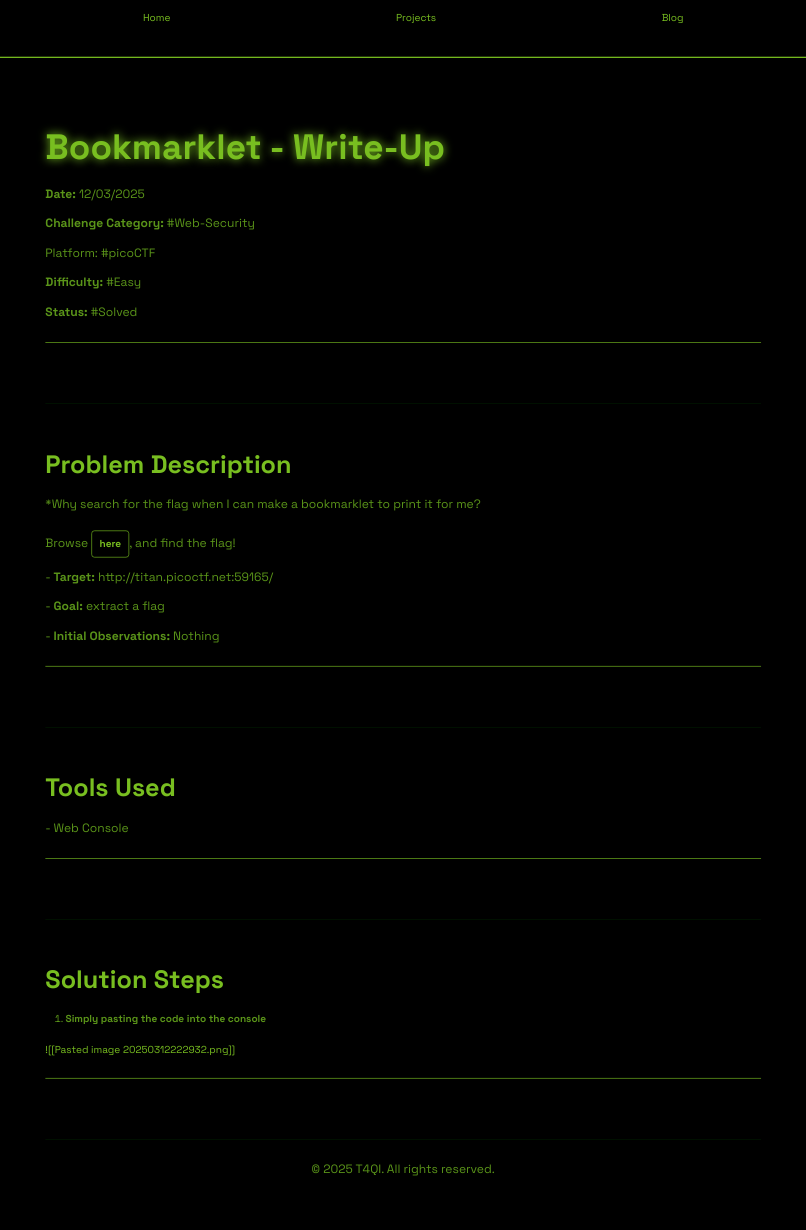
Repository: mohamedsoliman-tq/Website
Page: blogs/picoCTF/bookmarklet.html
These files come from the project's save history. The page is drawn as it stood at one moment and after a run of saves; the edit follows.
The browser window is 1280 px wide. The pictures show the whole page, at 63% of full size.

Above is the page before, as saved 2025-03-13 00:08:40.

After the next 15 saves:
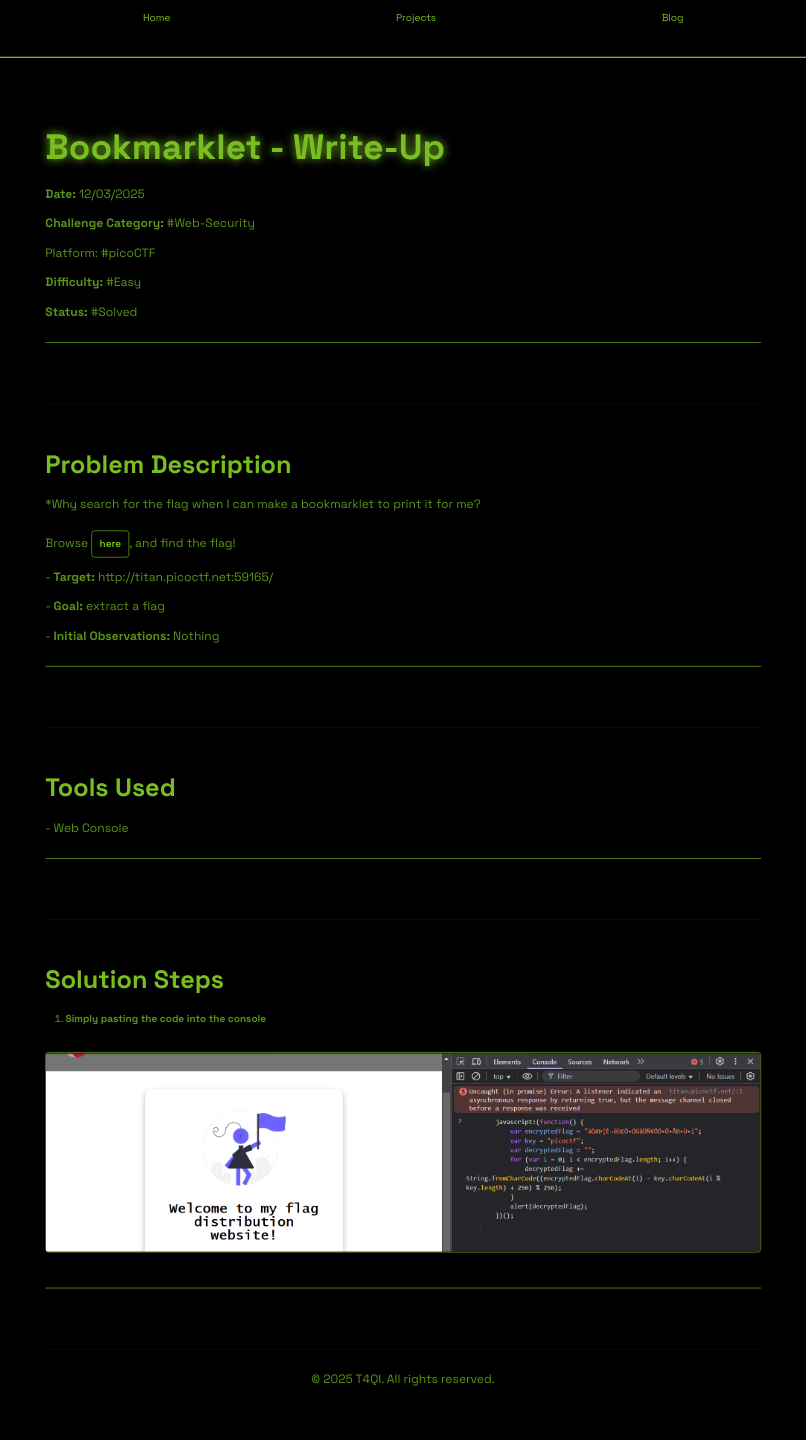
The 15 saves are shown as one change because they came seconds apart.
The last was saved 49 s later.
--- a/blogs/picoCTF/bookmarklet.html
+++ b/blogs/picoCTF/bookmarklet.html
@@ -230,7 +230,7 @@
 <ol>
   <li><strong>Simply pasting the code into the console</strong></li>
 </ol>
-   ![[Pasted image 20250312222932.png]]
+   <img src="pics/bookmarkleyt.png">
 
 
 <hr>
